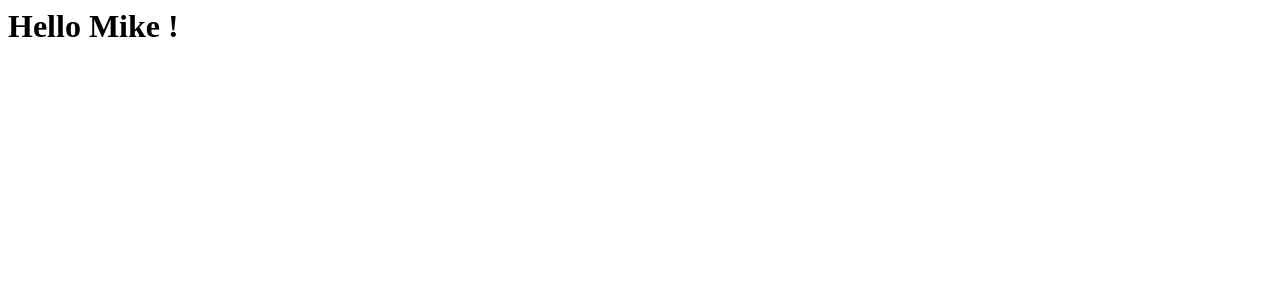
Repository: 10michael30/RevatureNotes
Page: http://localhost/helloservlets/hello
These files come from the project's save history. The page is drawn as it stood at one moment and after a run of saves; the edit follows.
The browser window is 1280 px wide. The pictures show the whole page.
The page is served by Tomcat 9. Other server files are loaded and not shown.

Above is the page before, as saved 2018-08-21 17:55:52.

### weeks3-4/servlets/helloservlets/src/main/java/com/ex/servlets/hellohttpservlet.java
package com.ex.servlets;

import java.io.IOException;
import java.io.PrintWriter;

import javax.servlet.ServletException;
import javax.servlet.http.HttpServlet;
import javax.servlet.http.HttpServletRequest;
import javax.servlet.http.HttpServletResponse;

public class hellohttpservlet extends HttpServlet {


	@Override
	public void init() throws ServletException {
		// TODO Auto-generated method stub
		super.init();
		System.out.println("IN HTTP SERLVET INIT");
	}

	@Override
	public void destroy() {
		// TODO Auto-generated method stub
		super.destroy();
		System.out.println("IN HTTP DESTROY");
	}
	@Override
	protected void doGet(HttpServletRequest req,
			HttpServletResponse resp)
					throws ServletException, IOException {
		System.out.println("IN HTTP SERVLET DOGET");
		PrintWriter out = resp.getWriter();
		resp.setContentType("text/html");
		out.write("<h1> Hello <b>Mike</b> ! </h1>");
	}

	@Override
	protected void doPost(HttpServletRequest req,
			HttpServletResponse resp)
					throws ServletException, IOException {
		// TODO Auto-generated method stub
		super.doPost(req, resp);
	}

	@Override
	protected void doPut(HttpServletRequest req, HttpServletResponse resp) throws ServletException, IOException {
		// TODO Auto-generated method stub
		super.doPut(req, resp);
	}

	@Override
	protected void doDelete(HttpServletRequest req, HttpServletResponse resp) throws ServletException, IOException {
		// TODO Auto-generated method stub
		super.doDelete(req, resp);
	}


}

After the next 2 saves:
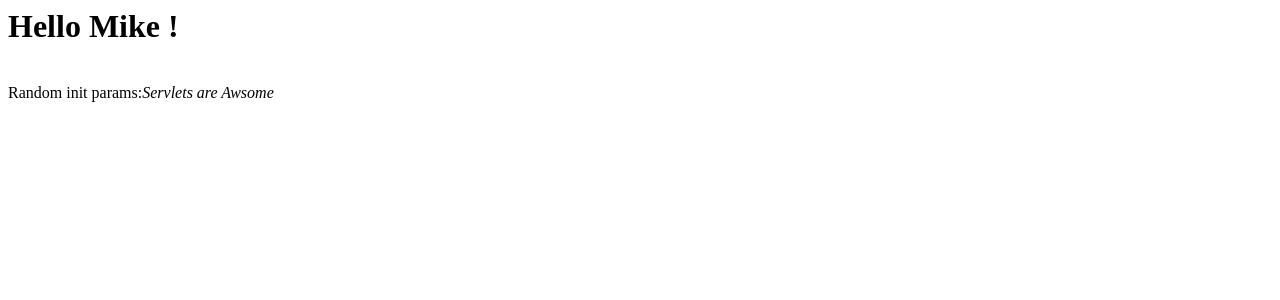
The 2 saves are shown as one change because 1 did not build or start.
The last was saved 2 min 36 s later.
--- a/weeks3-4/servlets/helloservlets/src/main/java/com/ex/servlets/hellohttpservlet.java
+++ b/weeks3-4/servlets/helloservlets/src/main/java/com/ex/servlets/hellohttpservlet.java
@@ -31,7 +31,9 @@ public class hellohttpservlet extends HttpServlet {
 		System.out.println("IN HTTP SERVLET DOGET");
 		PrintWriter out = resp.getWriter();
 		resp.setContentType("text/html");
-		out.write("<h1> Hello <b>Mike</b> ! </h1>");
+
+		String info=getServletConfig().getInitParameter("Info");
+		out.write("<h1> Hello <b>Mike</b> ! </h1>"+"<br> Random init params:<i>"+info);
 	}
 
 	@Override
